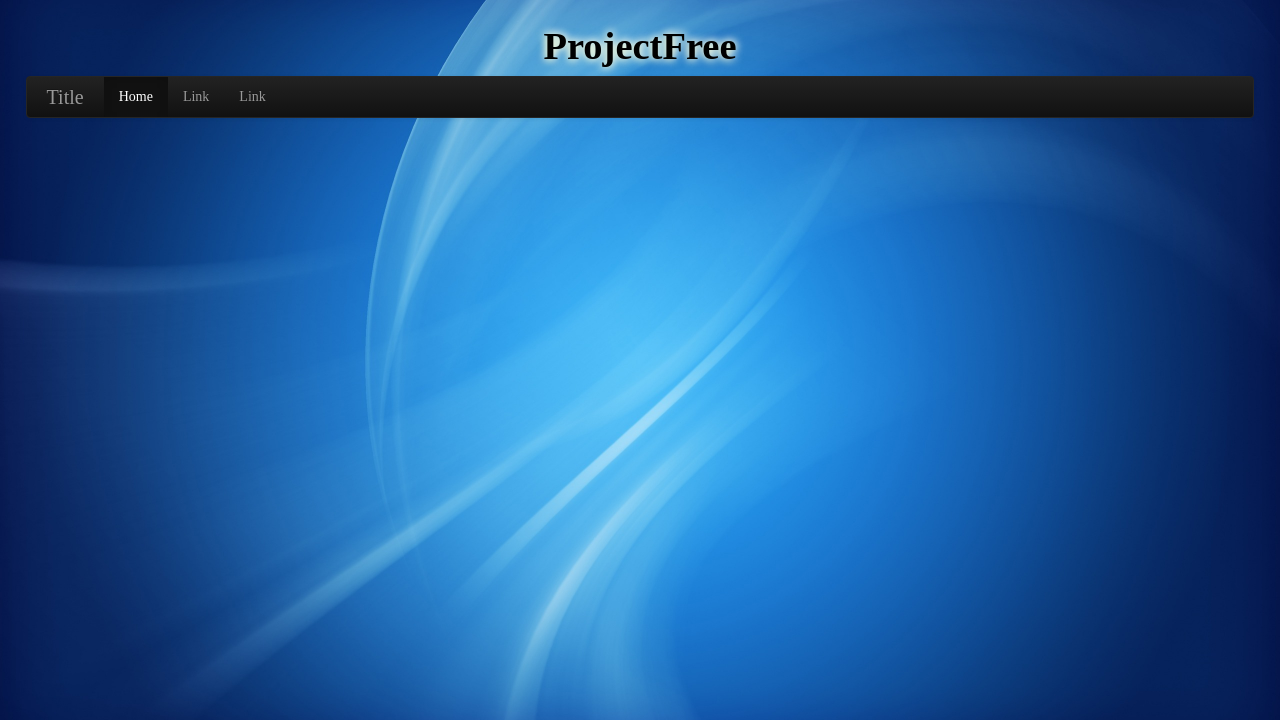
Repository: BrunoRB/ProjetoBanco
Page: http://localhost/templates/header.php
An editor plug-in stored every save of this project. The page is shown before and after the next save, followed by the edit.
The browser window is 1280 px wide. The pictures show the whole page.
The page is run by PHP 8.4 with error messages shown; the project is at /var/www/html/.

Above is the page before, as saved 2013-06-14 03:31:50.

### codigo/ProjectFree/templates/header.php
<!DOCTYPE HTML>

<html lang="pt-BR">
<head>
<meta charset='utf-8' />
<title>Project Free</title>

<meta name="viewport" content="width=device-width, initial-scale=1.0">
<link rel="stylesheet" type="text/css"
	href="../resources/css/bootstrap.css" />
<link rel="stylesheet" type="text/css"
	href="../resources/css/bootstrap-responsive.css" />
<link rel="stylesheet" type="text/css" href="../resources/css/main.css" />

<script type="text/javascript" src="../resources/js/jquery-2.0.2.js"></script>
<script type="text/javascript" src="../resources/js/bootstrap.js"></script>
</head>
<body>
	<header>
		<div class="pagination-centered">
			<h1 class="text-">ProjectFree</h1>
			<nav class="navbar-inverse">
				<div class="navbar navbar-inner ">
					<a class="brand" href="#">Title</a>
					<ul class="nav">
						<li class="active"><a href="#">Home</a></li>
						<li><a href="#">Link</a></li>
						<li><a href="#">Link</a></li>
					</ul>
				</div>
			</nav>
		</div>
	</header>

### codigo/ProjectFree/resources/css/main.css

body {
    font-family: Times New Roman;
    background: url(../img/blue.jpg) no-repeat center center fixed;
    background-size: cover;
	margin: 2% !important;
}

h1 {
	color: #aaf;
    text-shadow: none;
    -webkit-transition: 500ms linear 0s;
    -moz-transition: 500ms linear 0s;
    -o-transition: 500ms linear 0s;
    transition: 500ms linear 0s;
    outline: 0 none;
    color: black;
    text-shadow: -1px 1px 8px #ffc, 1px -1px 8px #fff;

}

h1:hover, button:hover {
	color: white;
    text-shadow: -1px 1px 8px #ffc, 1px -1px 8px #fff;
}

.verticalCenter {
	margin-top: 10%;
}

footer.footer {
	margin-bottom: 1%;
}

#container {
	font-size: large;
}

Loaded but not shown: codigo/ProjectFree/resources/css/bootstrap.css (library); codigo/ProjectFree/resources/css/bootstrap-responsive.css (library); codigo/ProjectFree/resources/js/jquery-2.0.2.js (library); codigo/ProjectFree/resources/js/bootstrap.js (library)

After the next save:
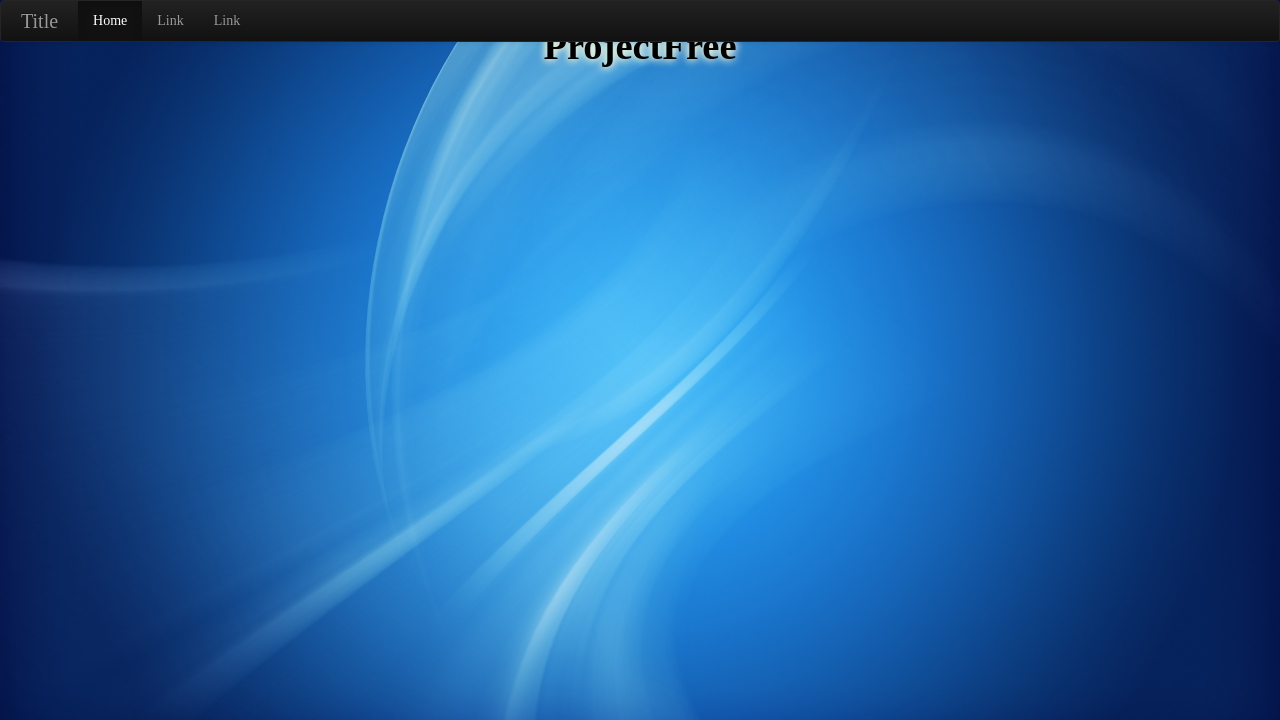
Saved 4 s later.
--- a/codigo/ProjectFree/templates/header.php
+++ b/codigo/ProjectFree/templates/header.php
@@ -20,7 +20,7 @@
 		<div class="pagination-centered">
 			<h1 class="text-">ProjectFree</h1>
 			<nav class="navbar-inverse">
-				<div class="navbar navbar-inner ">
+				<div class="navbar navbar-fixed-top navbar-inner ">
 					<a class="brand" href="#">Title</a>
 					<ul class="nav">
 						<li class="active"><a href="#">Home</a></li>
